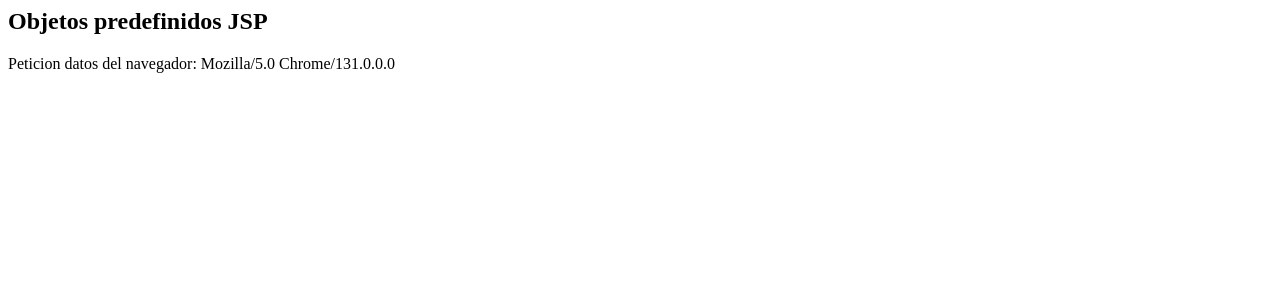
Repository: jchemile/varios
Page: http://localhost/Primeros_pasos_JSP/ejemplo_objetos.jsp
An editor plug-in stored every save of this project. The page is shown before and after the next save, followed by the edit.
The browser window is 1280 px wide. The pictures show the whole page.
The page is served by Tomcat 9.

Above is the page before, as saved 2020-04-19 22:20:08.

After the next save:
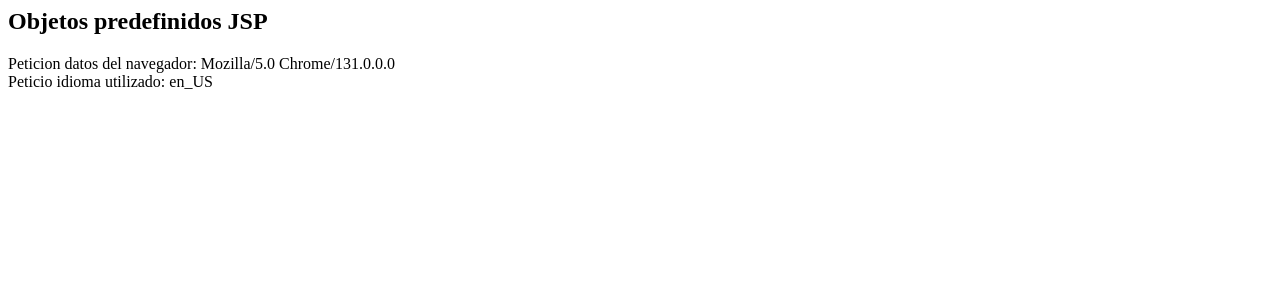
Saved 30 s later.
--- a/pildoras_informaticas/javaee/Primeros_pasos_JSP/WebContent/ejemplo_objetos.jsp
+++ b/pildoras_informaticas/javaee/Primeros_pasos_JSP/WebContent/ejemplo_objetos.jsp
@@ -5,6 +5,7 @@
 
 Peticion datos del navegador: <%= request.getHeader("User-Agent") %>
 <br>
+Peticio idioma utilizado: <%= request.getLocale() %>
 
 </body>
 </html>
